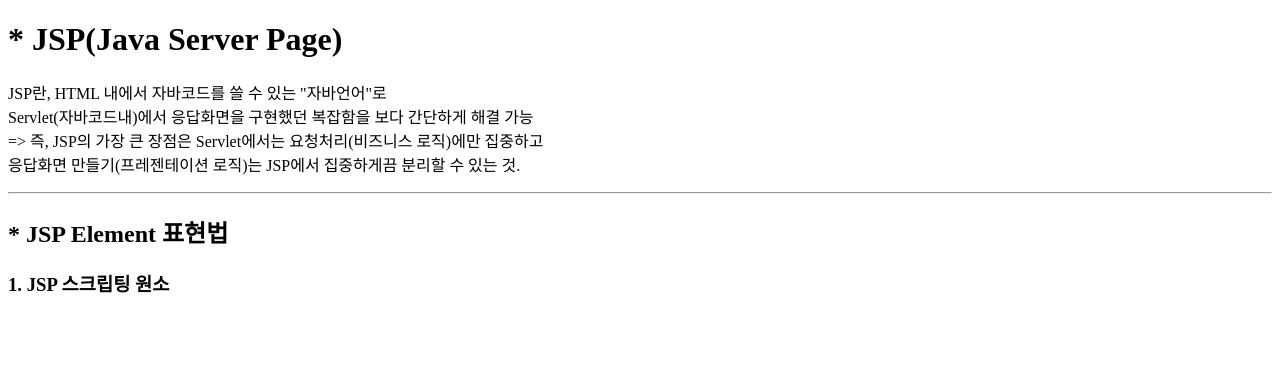
Repository: 1400CP/05_server-workspace1
Page: 2_JSP/WebContent/index.html
An editor plug-in stored every save of this project. The page is shown before and after a run of saves, followed by the edit.
The browser window is 1280 px wide. The pictures show the whole page.

Above is the page before, as saved 2025-02-14 06:35:51.

After the next 2 saves:
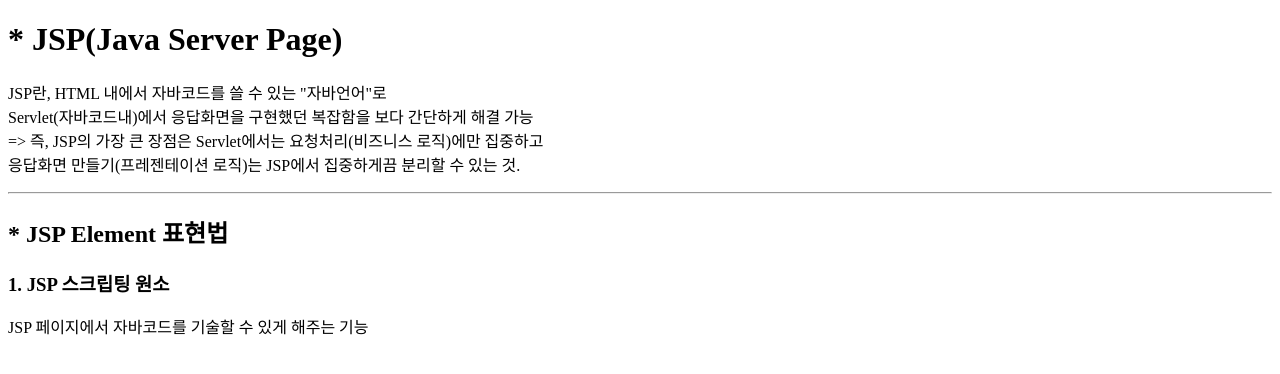
The 2 saves are shown as one change because they came seconds apart.
The last was saved 29 s later.
--- a/2_JSP/WebContent/index.html
+++ b/2_JSP/WebContent/index.html
@@ -20,6 +20,13 @@
 	<h2>* JSP Element 표현법</h2>
 
 	<h3>1. JSP 스크립팅 원소</h3>
+	<p>JSP 페이지에서 자바코드를 기술할 수 있게 해주는 기능</p>
+
+
+
+
+
+
 
 
 </body>
